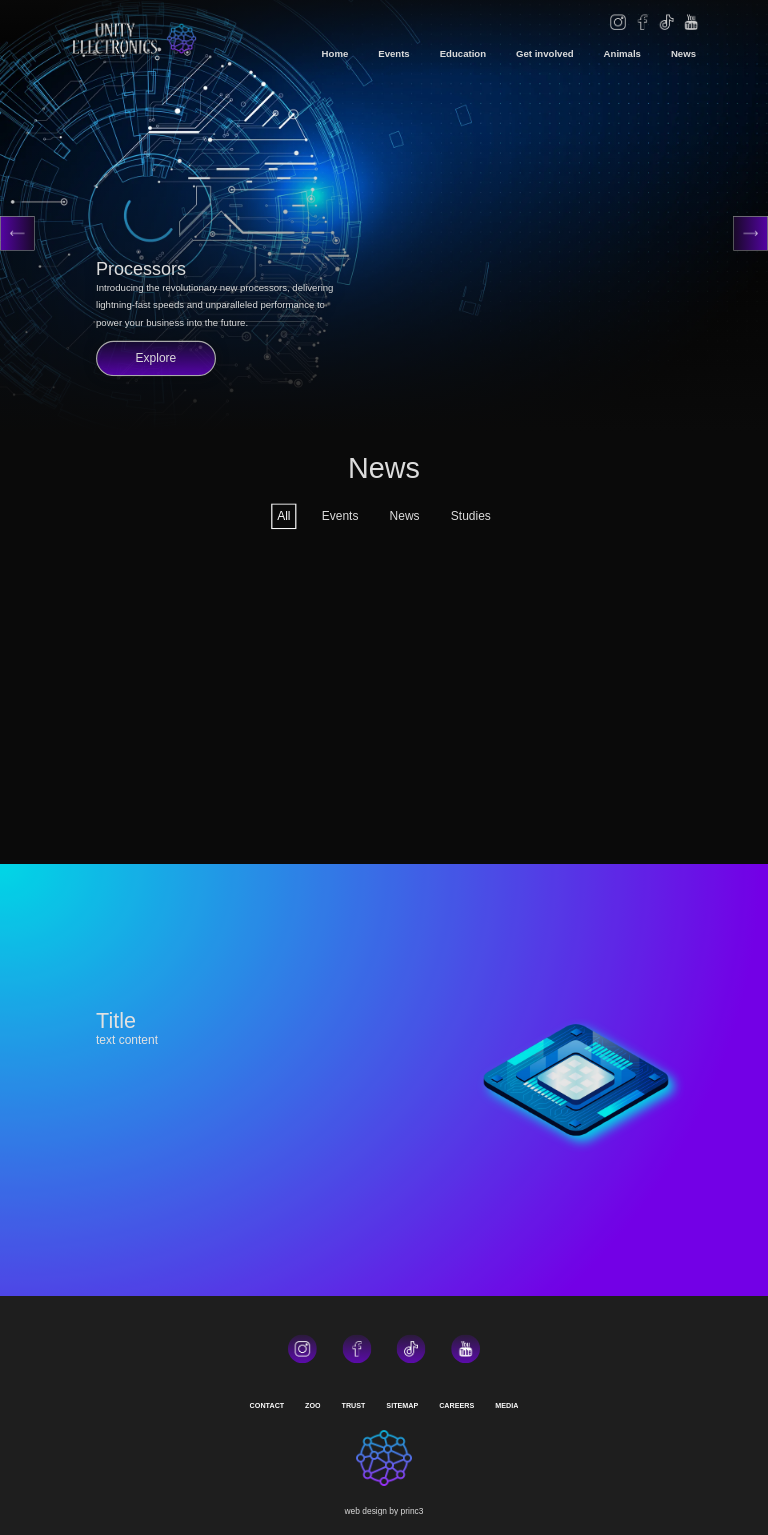
Repository: princ3-web/five
Page: /
An editor plug-in stored every save of this project. The page is shown before and after a run of saves, followed by the edit.
The browser window is 1280 px wide. The pictures show the whole page, at 60% of full size.
The project was rebuilt for these pictures with package versions that can differ from the ones it lists, and the page was loaded fresh each time. Also part of the build but not shown: src/css/subpage.module.css, src/pages/Events.jsx, src/pages/Education.jsx, src/pages/Membership.jsx, src/pages/Animals.jsx, src/pages/News.jsx, src/pages/Support.jsx.

Above is the page before, as saved 2023-05-08 18:48:46.

After the next 5 saves:
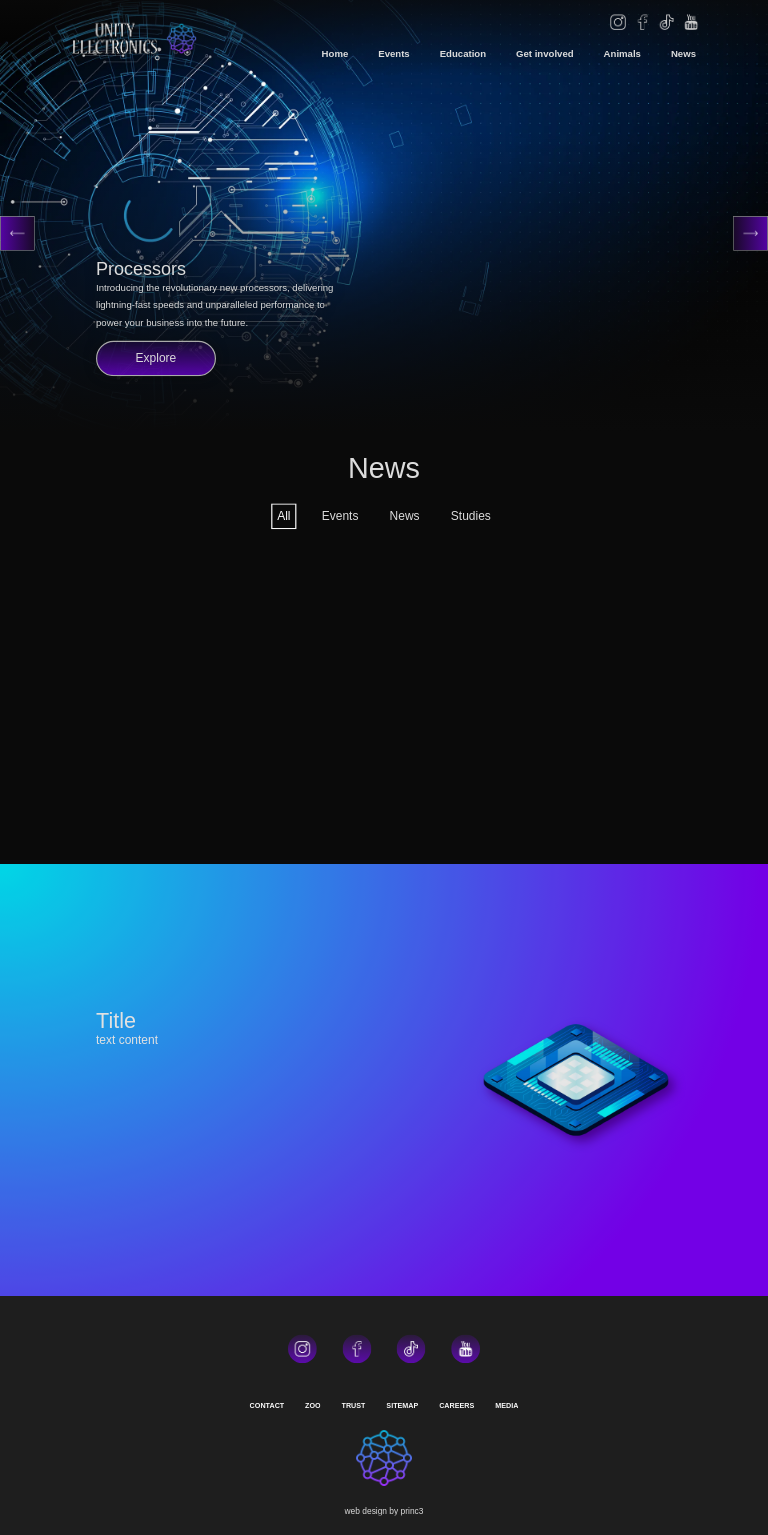
The 5 saves are shown as one change because they came seconds apart.
The last was saved 12 s later.
--- a/src/css/objectscroller.module.css
+++ b/src/css/objectscroller.module.css
@@ -4,7 +4,7 @@
   transform: translateY(-50%);
   right: 10rem;
   width: 20rem;
-  filter: drop-shadow(9px 9px 9px var(--teal-300));
+  filter: drop-shadow(9px 9px 9px var(--violet-200));
 }
 
 .textContainer {
